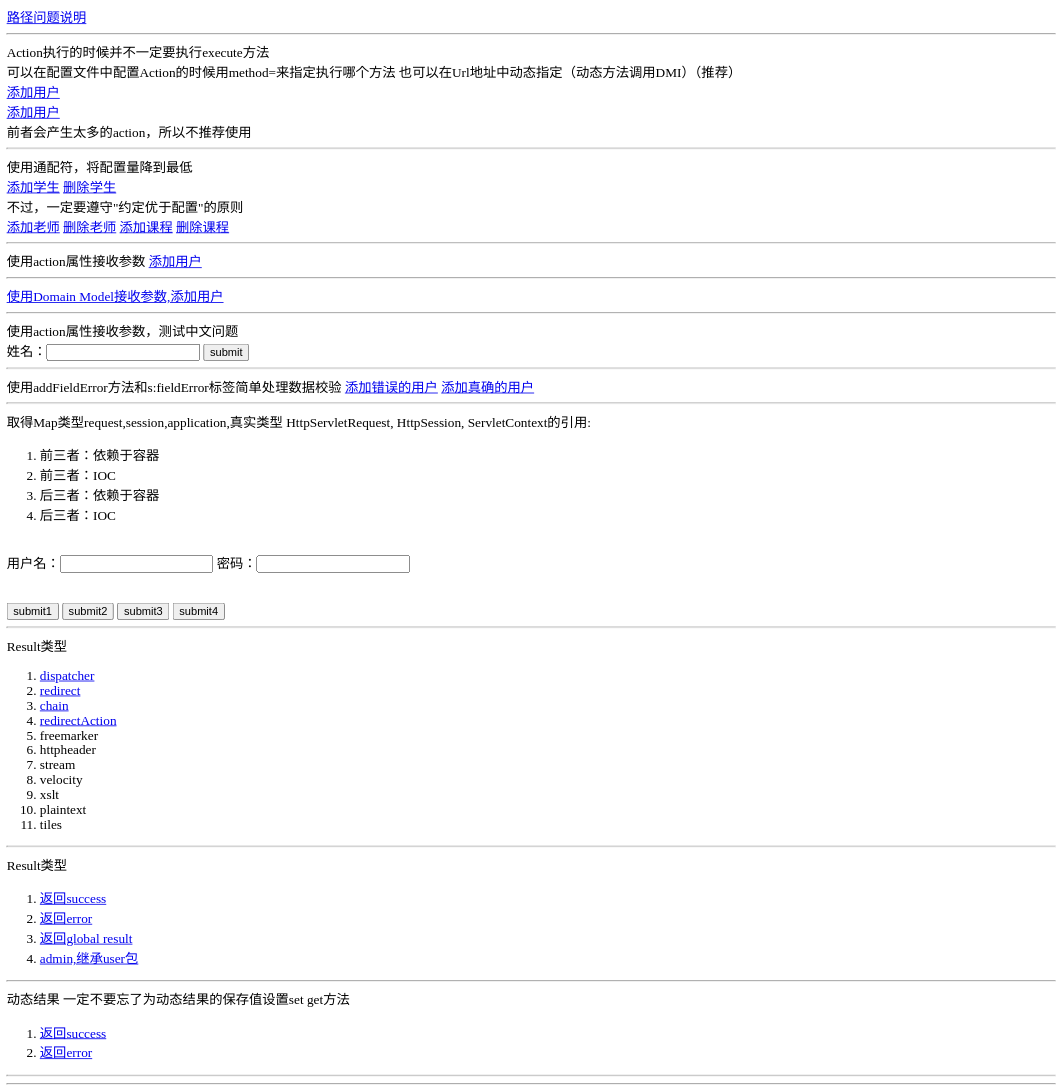
Repository: chellong/StrutsBasic
Page: http://localhost/Struts2.3Sx_1/
An editor plug-in stored every save of this project. The page is shown before and after the next save, followed by the edit.
The browser window is 1280 px wide. The pictures show the whole page, at 83% of full size.
The page is served by Tomcat 9. Nobody is signed in. The application's start-up code is not run.

Above is the page before, as saved 2016-01-23 16:26:09.

After the next save:
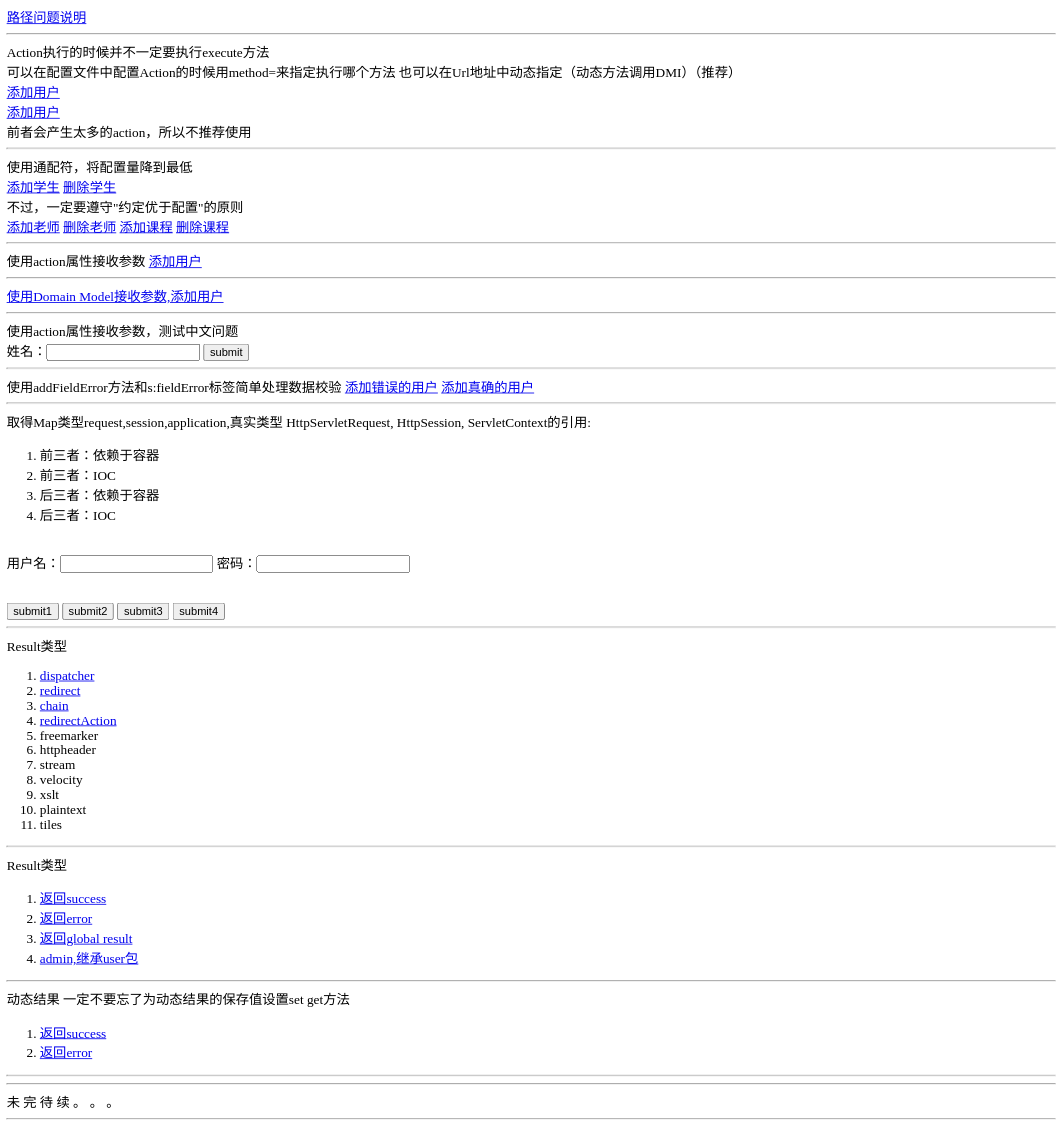
Saved 27 s later.
--- a/Struts2.3Sx_1/WebContent/index.jsp
+++ b/Struts2.3Sx_1/WebContent/index.jsp
@@ -126,5 +126,13 @@
 	<hr style="border: 1 dashed #987cb9" />
 
 	<hr style="border: 1 dashed #987cb9" />
+	未
+	完
+	待
+	续
+	。
+	。
+	。
+	<hr style="border: 1 dashed #987cb9" />
 </body>
 </html>
